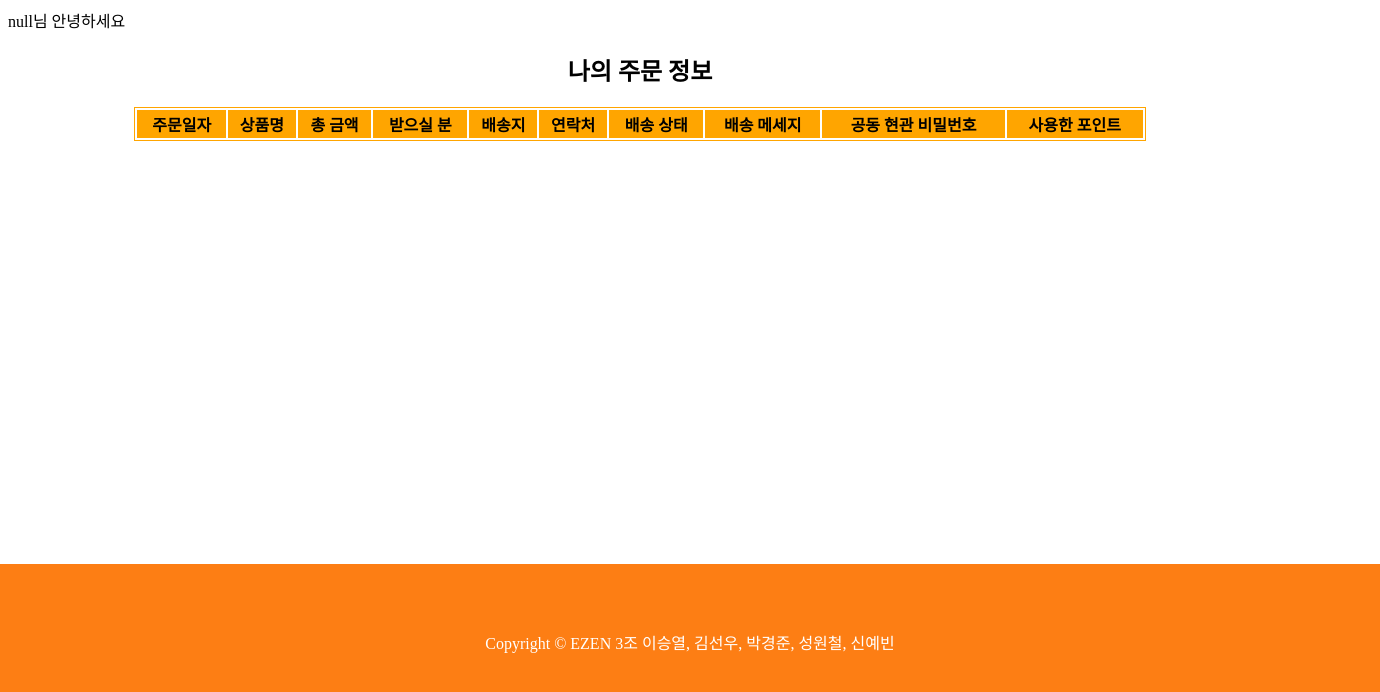
Repository: Nowon-WebProject/mealKit_webSite
Page: http://localhost/TeamProject/purchaseOkInfo.jsp
The author's editor kept a copy of each file at every save. The page is drawn from the files as they stood at one save, then again after the next save.
The browser window is 1280 px wide. The page is 1380 px wide, so the pictures cover 1380 px, including what lies to the right of the window. The pictures show the whole page.
The page is served by Tomcat 9. Nobody is signed in. The application's start-up code is not run. The template is opened directly, without the code that normally fills it, so the values that code supplies are empty.

Above is the page before, as saved 2022-05-16 06:15:59.

After the next save:
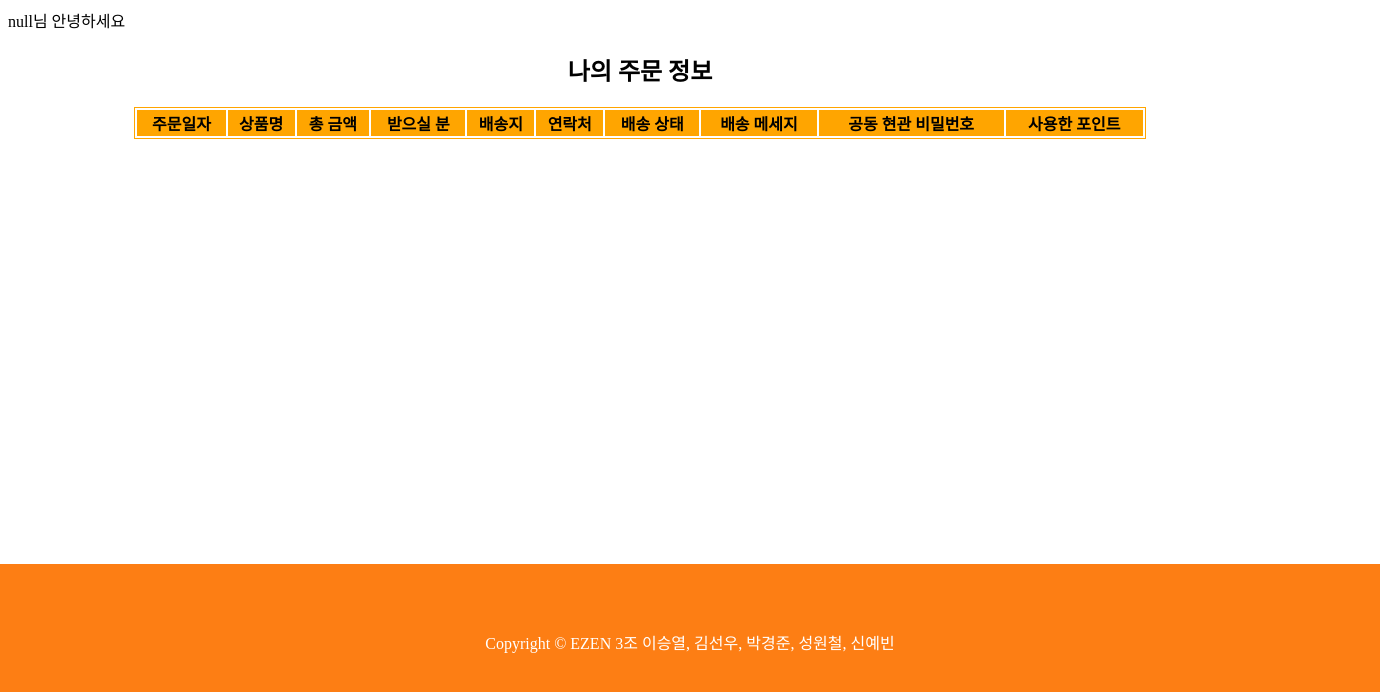
Saved 26 s later.
--- a/TeamProject/WebContent/purchaseOkInfo.jsp
+++ b/TeamProject/WebContent/purchaseOkInfo.jsp
@@ -18,9 +18,9 @@
 th{
 background-color:orange;
 }
-th,
 td{
 border:1px solid orange;
+background-color:orange;
 }
 </style>
 </head>

After the 2 saves that followed:
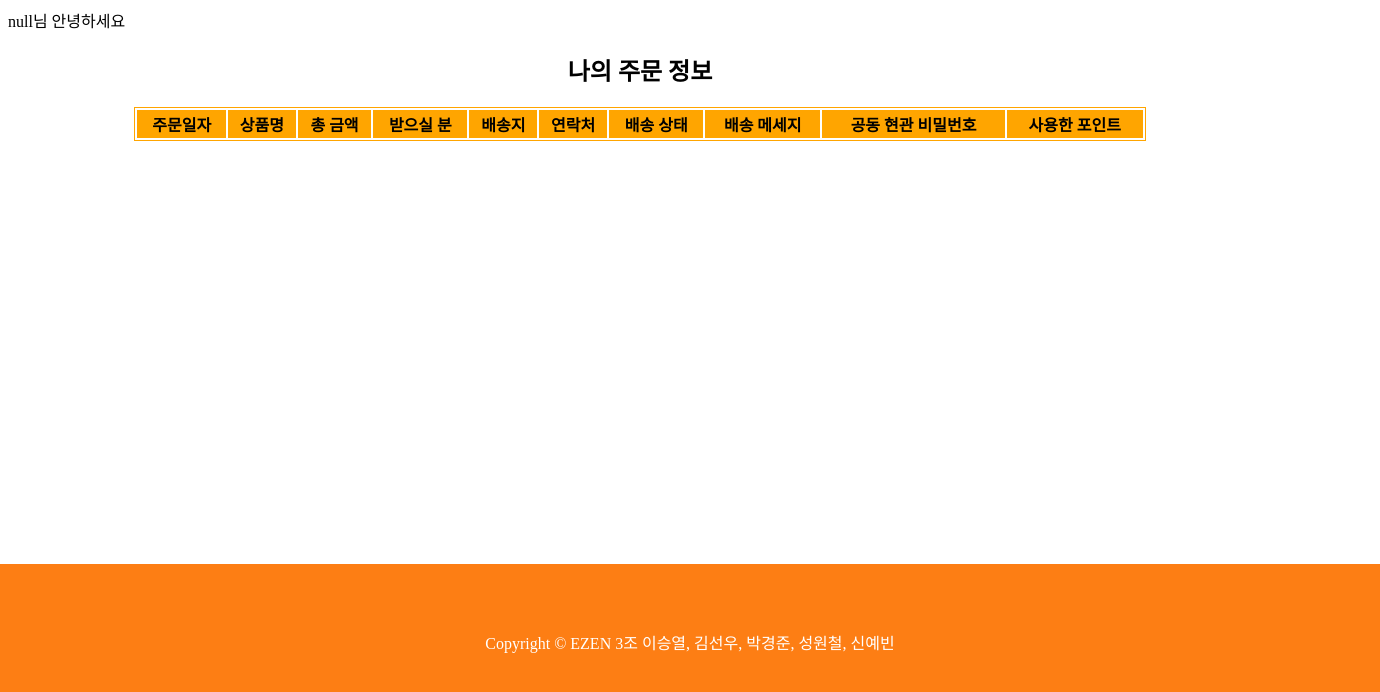
The 2 saves are shown as one change because they came seconds apart.
The last was saved 8 s later.
--- a/TeamProject/WebContent/purchaseOkInfo.jsp
+++ b/TeamProject/WebContent/purchaseOkInfo.jsp
@@ -17,10 +17,11 @@
 
 th{
 background-color:orange;
+border:1px solid orange;
 }
 td{
+background-color:gray;
 border:1px solid orange;
-background-color:orange;
 }
 </style>
 </head>
